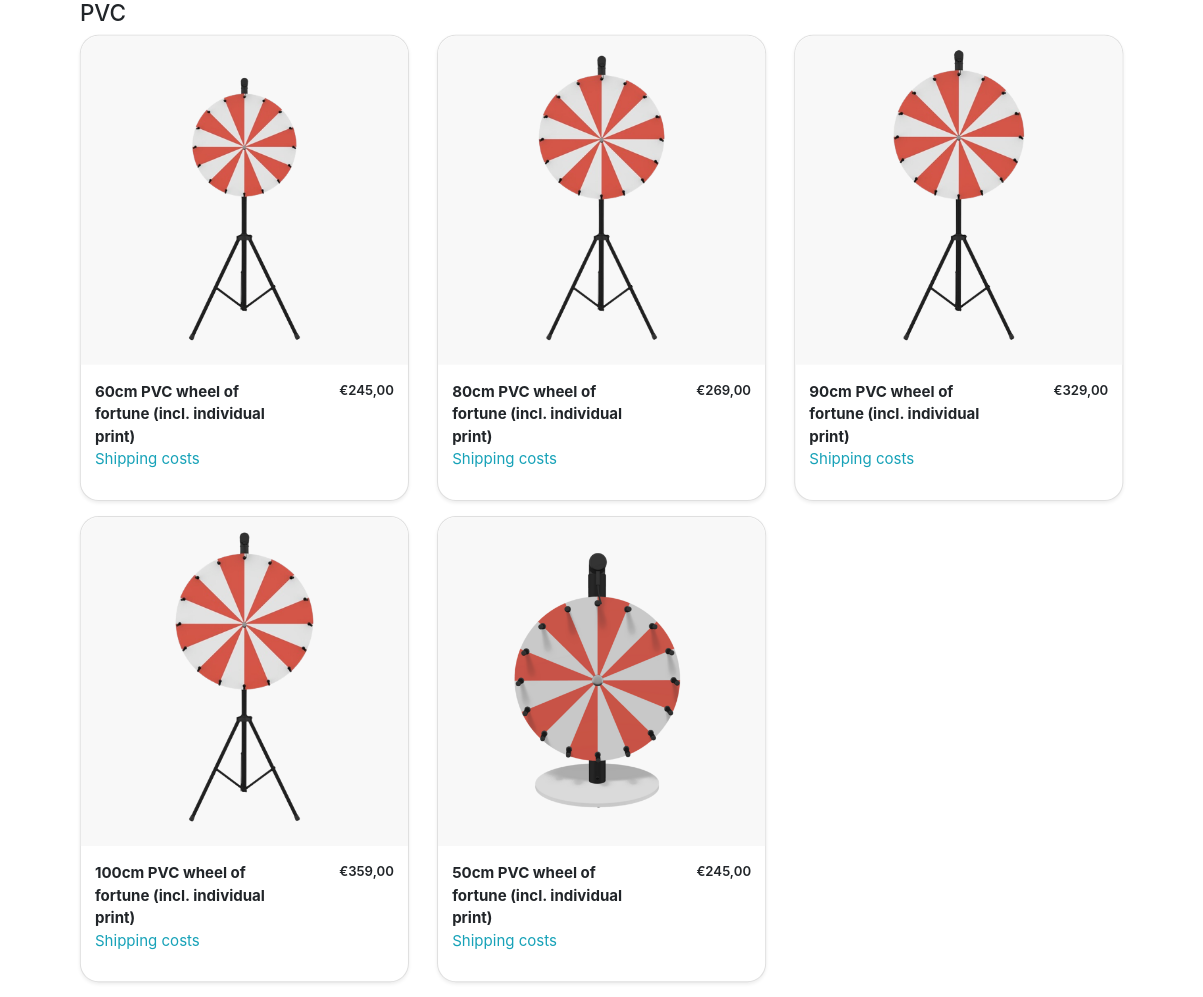
Repository: Awaisp-irfan/fahad-project
Page: pvc.html
An editor plug-in stored every save of this project. The page is shown before and after the next save, followed by the edit.
The browser window is 1280 px wide. The pictures show the whole page, at 94% of full size.

Above is the page before, as saved 2022-06-30 09:39:02.

### pvc.html
<!DOCTYPE html>
<html lang="en">
  <head>
    <meta charset="UTF-8" />
    <meta http-equiv="X-UA-Compatible" content="IE=edge" />
    <meta name="viewport" content="width=device-width, initial-scale=1.0" />
    <link
      rel="stylesheet"
      href="https://cdn.jsdelivr.net/npm/bootstrap@4.6.1/dist/css/bootstrap.min.css"
      integrity="sha384-zCbKRCUGaJDkqS1kPbPd7TveP5iyJE0EjAuZQTgFLD2ylzuqKfdKlfG/eSrtxUkn"
      crossorigin="anonymous"
    />

    <link rel="stylesheet" href="./style.css" />
    <title>Document</title>
  </head>
  <body>
    <div class="container">
      <div class="row">
        <div class="col-lg-12">
          <h4 class="heading">PVC</h4>
        </div>
      </div>

      <div class="row">
        <div class="col-lg-4 col-md-6 col-12 mb-3 ">
          <div class="card shadow-sm">
            <div class="img-div">
              <div class="cm60-img"></div>
            </div>
            <div class="cm60-content d-flex justify-content-between my-3">
              <div class="col-8">
                <p class="title">60cm PVC wheel of fortune (incl. individual print)</p>
                <p class="text-info">Shipping costs</p>
              </div>
              <div class="col-4 ">
                <p class="price">
                    €245,00
              </p></div>
            </div>
          </div>
        </div>
        <div class="col-lg-4 col-md-6 col-12 mb-3">
            <div class="card shadow-sm">
              <div class="img-div">
                <div class="cm80-img"></div>
              </div>
              <div class="cm60-content d-flex justify-content-between my-3">
                <div class="col-8">
                  <p class="title">80cm PVC wheel of fortune (incl. individual print)</p>
                  <p class="text-info">Shipping costs</p>
                </div>
                <div class="col-4 ">
                  <p class="price">
                      €269,00
                </p></div>
              </div>
            </div>
          </div>
          <div class="col-lg-4 col-md-6 col-12 mb-3">
            <div class="card shadow-sm">
              <div class="img-div">
                <div class="cm90-img"></div>
              </div>
              <div class="cm60-content d-flex justify-content-between my-3">
                <div class="col-8">
                  <p class="title">90cm PVC wheel of fortune (incl. individual print)</p>
                  <p class="text-info">Shipping costs</p>
                </div>
                <div class="col-4 ">
                  <p class="price">
                      €329,00
                </p></div>
              </div>
            </div>
          </div>
          <div class="col-lg-4 col-md-6 col-12 mb-3">
            <div class="card shadow-sm">
              <div class="img-div">
                <div class="cm100-img"></div>
              </div>
              <div class="cm60-content d-flex justify-content-between my-3">
                <div class="col-8">
                  <p class="title">100cm PVC wheel of fortune (incl. individual print)</p>
                  <p class="text-info">Shipping costs</p>
                </div>
                <div class="col-4 ">
                  <p class="price">
                      €359,00
                </p></div>
              </div>
            </div>
          </div>
          <div class="col-lg-4 col-md-6 col-12 mb-3">
            <div class="card shadow-sm">
              <div class="img-div">
                <div class="cm50-img"></div>
              </div>
              <div class="cm60-content d-flex justify-content-between my-3">
                <div class="col-8">
                  <p class="title">50cm PVC wheel of fortune (incl. individual print)</p>
                  <p class="text-info">Shipping costs</p>
                </div>
                <div class="col-4 ">
                  <p class="price">
                      €245,00
                </p></div>
              </div>
            </div>
          </div>
      </div>
    </div>
  </body>
</html>

### style.css
.pvc{
    background-image: url(./assests/2289977149.jpg);
    background-size: cover;
    background-position: center;
    background-repeat: no-repeat;
    height: 100%;
    border-radius: 20px;
}

.col-lg-4>a > .img-div{
    height: 400px;
    border-radius: 20px;
}
.card{
    border-radius: 20px;
}
.card>.img-div{
    height: 350px;
    border-top-left-radius: 20px;
    border-top-right-radius: 20px;
    background-color: rgb(248, 248, 248);
}
.wooden{
    background-image: url(./assests/wooden.jpg);
    background-size: cover;
    background-position: center;
    background-repeat: no-repeat;
    height: 100%;
    border-radius: 20px;
}

.display{
    background-image: url(./assests/display.jpg);
    background-size: cover;
    background-position: center;
    background-repeat: no-repeat;
    height: 100%;
    border-radius: 20px;
}
.cm60-img{
    background: url(./assests/60cm_PVC-removebg-preview.png);

    background-size: cover;
    background-position: center;
    background-repeat: no-repeat;
    height: 100%;
    border-radius: 20px;
}

.cm80-img{
    background: url(./assests/80cm_PVC-removebg-preview.png);

    background-size: cover;
    background-position: center;
    background-repeat: no-repeat;
    height: 100%;
    border-radius: 20px;
}

.cm90-img{
    background: url(./assests/90cm_PVC-removebg-preview.png);

    background-size: cover;
    background-position: center;
    background-repeat: no-repeat;
    height: 100%;
    border-radius: 20px;
}
.cm100-img{
    background: url(./assests/100cm_PVC-removebg-preview.png);

    background-size: cover;
    background-position: center;
    background-repeat: no-repeat;
    height: 100%;
    border-radius: 20px;
}

.cm50-img{
    background: url(./assests//50cm\ PVC.png);

    background-size: cover;
    background-position: center;
    background-repeat: no-repeat;
    height: 100%;
    border-radius: 20px;
}

.title{
    font-weight: bold;
    font-size: 16px;
    margin: 0;
    padding: 0;
}

.price{
    font-size: 14px;
    font-weight: 600;
    text-align: right;
    margin: 0;
    padding: 0;
}

After the next save:
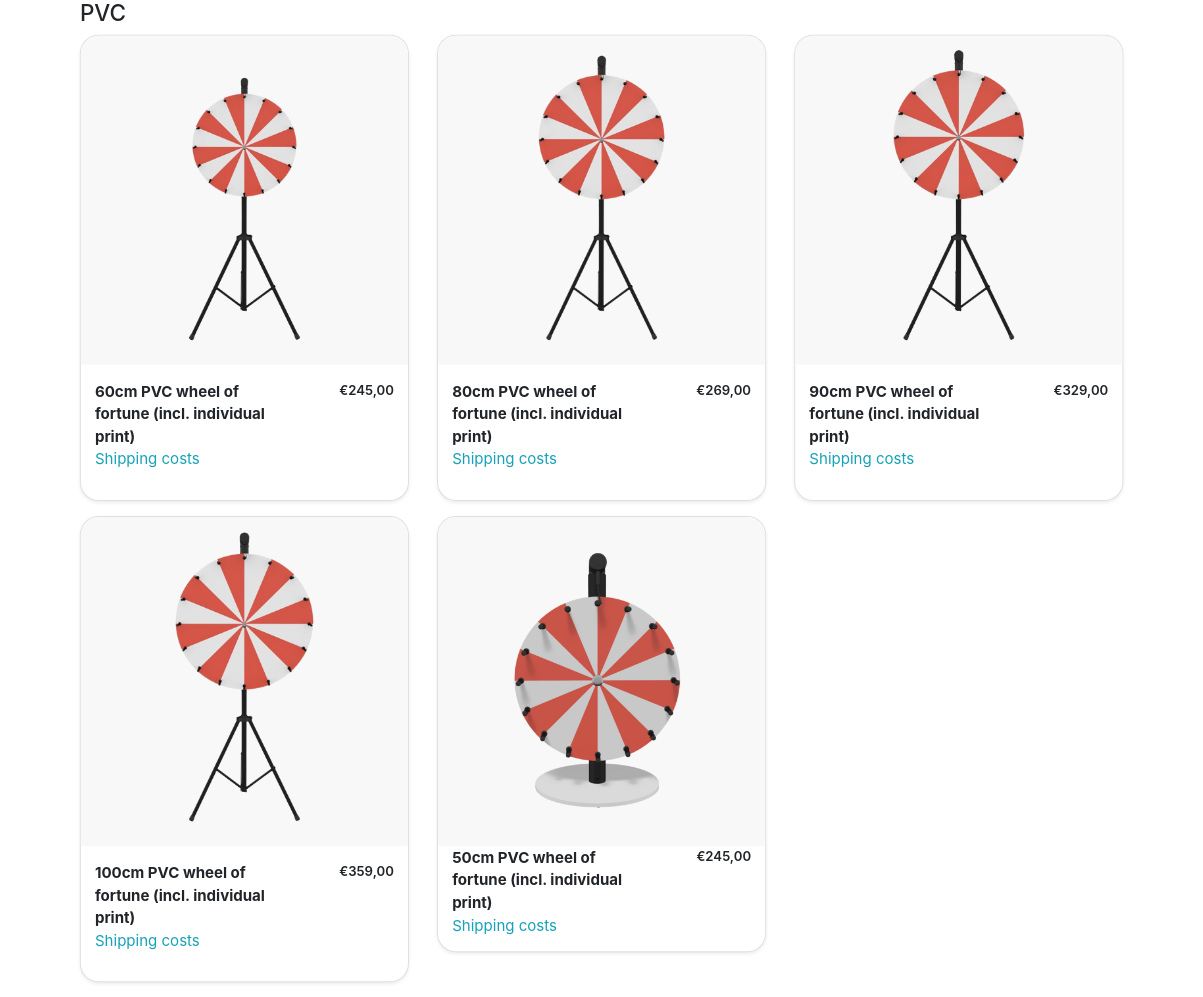
Saved 10 s later.
--- a/pvc.html
+++ b/pvc.html
@@ -96,7 +96,7 @@
               <div class="img-div">
                 <div class="cm50-img"></div>
               </div>
-              <div class="cm60-content d-flex justify-content-between my-3">
+              <div class="cm60-content d-flex justify-content-between my    -3">
                 <div class="col-8">
                   <p class="title">50cm PVC wheel of fortune (incl. individual print)</p>
                   <p class="text-info">Shipping costs</p>
